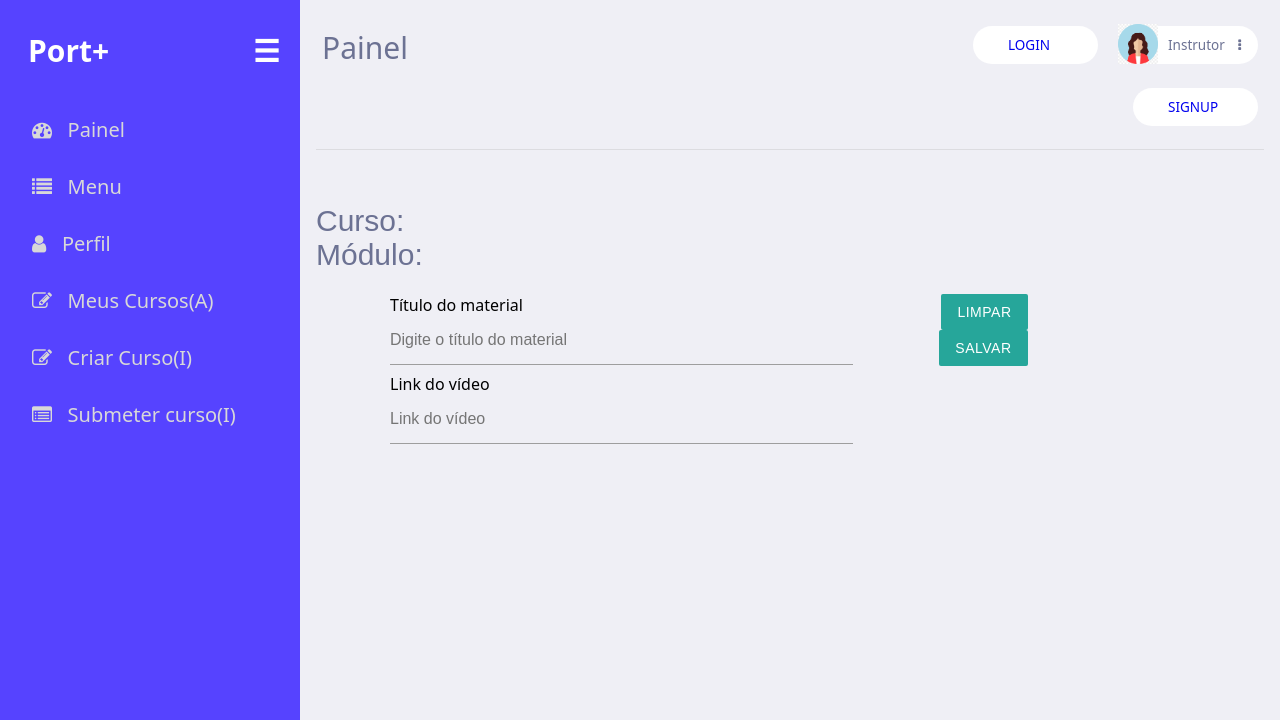
Repository: LauraMViana/Port-plus
Page: http://localhost/portPlus/criarCurso/addVideo
An editor plug-in stored every save of this project. The page is shown before and after the next save, followed by the edit.
The browser window is 1280 px wide. The pictures show the whole page.
The page is this project's Thymeleaf template; nobody is signed in. The template is opened directly, without the code that normally fills it, so the values that code supplies are empty.

Above is the page before, as saved 2021-12-28 14:46:33.

After the next save:
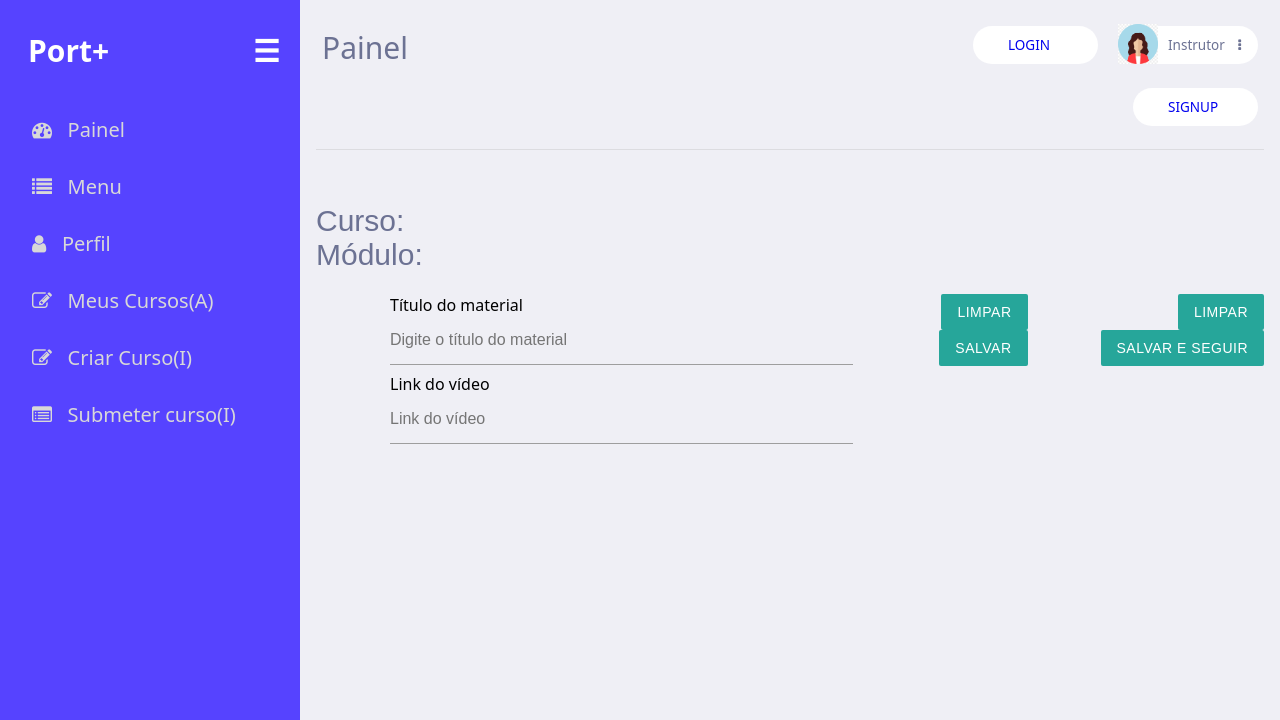
Saved 44 s later.
--- a/port/src/main/resources/templates/portPlus/criarCurso/addVideo.html
+++ b/port/src/main/resources/templates/portPlus/criarCurso/addVideo.html
@@ -43,6 +43,13 @@
 				<button class="btn waves-effect waves-light align-center"
 					type="submit" name="action">Salvar</button>
 			</div></div>
+
+			<div id="btn">
+				<button class="btn waves-effect waves-light align-center"
+					type="reset" name="action">Limpar</button>
+				<button class="btn waves-effect waves-light align-center"
+					type="submit" name="action">Salvar e seguir</button>
+			</div>
 		</form>
 	</div>
 	<script
